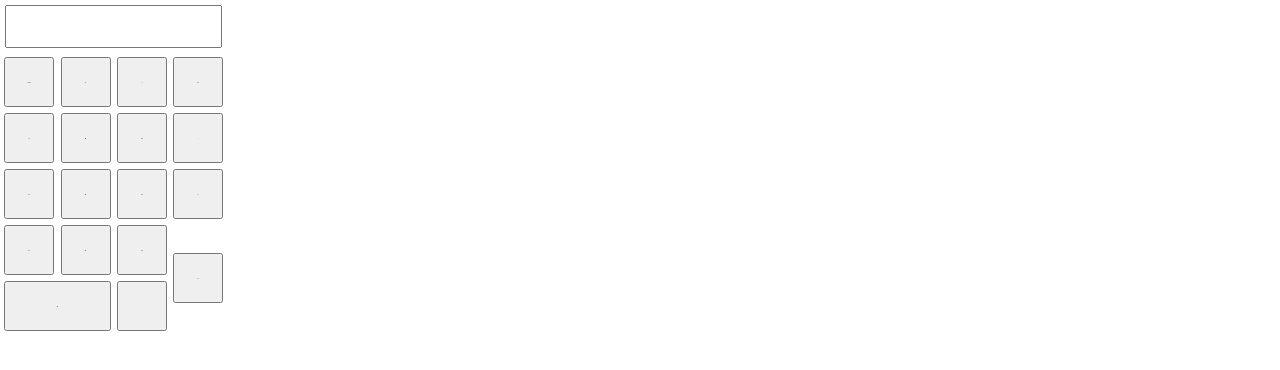
Repository: lacey-crenshaw/calculator
Page: index.html
An editor plug-in stored every save of this project. The page is shown before and after the next save, followed by the edit.
The browser window is 1280 px wide. The pictures show the whole page.

Above is the page before, as saved 2020-02-14 09:42:54.

After the next save:
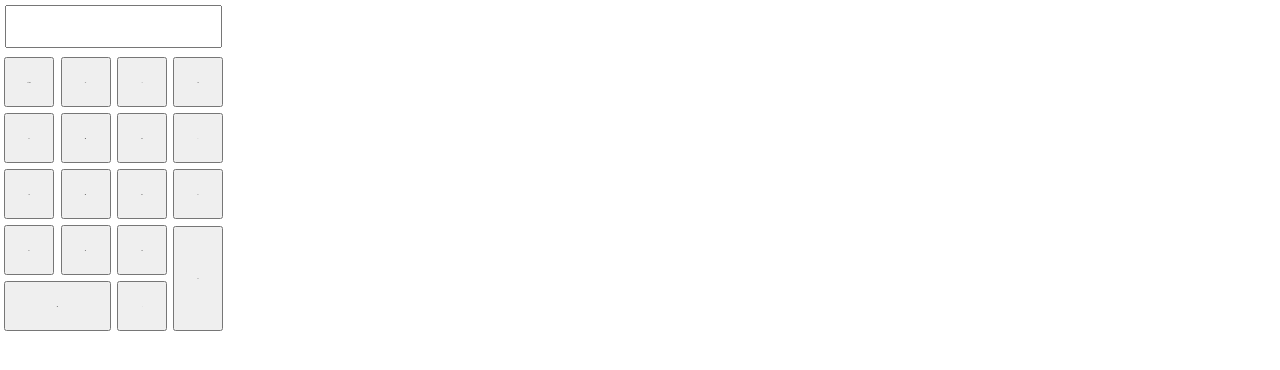
Saved 21 s later.
--- a/index.html
+++ b/index.html
@@ -71,7 +71,7 @@
                     <td><input class="button" type="button" value="1" onclick="insert(1)"> </td>
                     <td><input class="button" type="button" value="2" onclick="insert(2)"> </td>
                     <td><input class="button" type="button" value="3" onclick="insert(3)"> </td>
-                    <td rowspan="5"><input class="button" type="button" value="=" onclick="equal()"> </td>
+                    <td rowspan="5"><input class="button" type="button" style="height: 105;" value="=" onclick="equal()"> </td>
                 </tr>
                 <tr>
                     <td colspan="2"><input class="button" type="button" style="width: 107" value="0" onclick="insert(0)"> </td>
